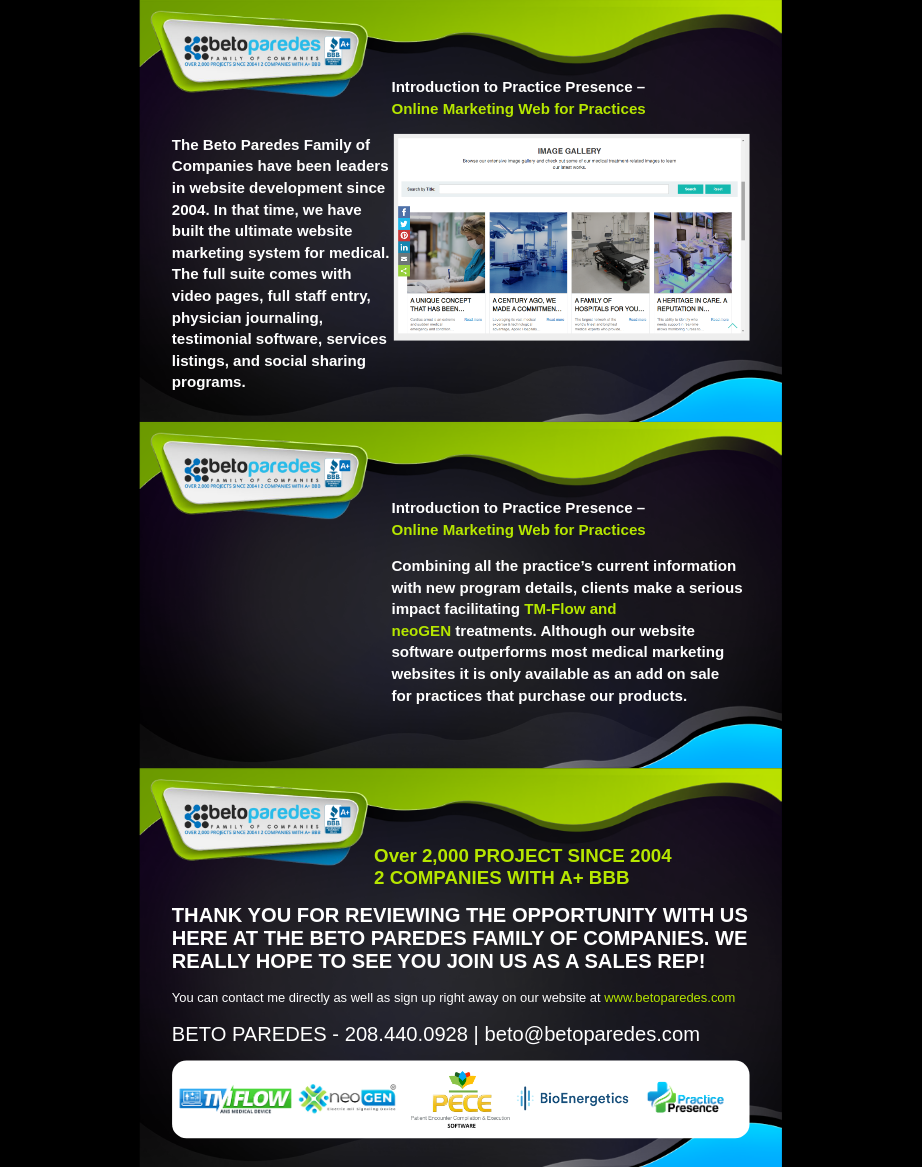
Repository: koushikbiswas/Beto_Paredes_Family_Opportunities_Intro_Deck
Page: slide29.html
The author's editor kept a copy of each file at every save. The page is drawn from the files as they stood at one save, then again after the next save.
The browser window is 1280 px wide. The pictures show the whole page, at 72% of full size.

Above is the page before, as saved 2021-12-21 17:54:05.

### slide29.html
<!DOCTYPE html>
<html lang="en">
<head>
    <meta charset="UTF-8">
    <meta http-equiv="X-UA-Compatible" content="IE=edge">
    <meta name="viewport" content="width=device-width, initial-scale=1.0">
    <title>Document</title>
    <link rel="stylesheet" href="assets/css/slide.css">
</head>
<body>
    <!-- -----------START SLIDE 27 HTML----------- -->
    <div class="pdfhomepagemain slide27">
        <div class="pdfmaincontainer">
            <div class="pdfheaderblock">
                <div class="pdfheaderblockinner">
                    <div class="pdflogowrapper">
                        <img src="assets/images/common/pdflogo.png" alt="logo">
                    </div>
                </div>
            </div>
            <div class="pdfmaincontent">
                <div class="pdfmaincontentinner">
                    <p>Introduction to Practice Presence – <br><span>Online Marketing Web for Practices</span></p>
                    <div class="pdfmaincontentinnerbottom">
                        <div class="pdfmaincontentinnerbottominner">
                            <p>The Beto Paredes Family of Companies have been leaders in website development since 2004. In that time, we have built the ultimate website marketing system for medical. The full suite comes with video pages, full staff entry, physician journaling, testimonial software, services listings, and social sharing programs.</p>
                        </div>
                        <div class="pdfmainimgwrapper">
                            <img src="assets/images/slide27-screenimg.png" alt="slide27 screenimg">
                        </div>
                    </div>
                </div>
            </div>
            <div class="pdffooterblock">
            </div>
        </div>
    </div> <!-------------END SLIDE 27 HTML------------->

    <!-- -----------START SLIDE 28 HTML----------- -->
    <div class="pdfhomepagemain slide28">
        <div class="pdfmaincontainer">
            <div class="pdfheaderblock">
                <div class="pdfheaderblockinner">
                    <div class="pdflogowrapper">
                        <img src="assets/images/common/pdflogo.png" alt="logo">
                    </div>
                </div>
            </div>
            <div class="pdfmaincontent">
                <div class="pdfmaincontentinner">
                    <p>Introduction to Practice Presence – <br><span>Online Marketing Web for Practices</span></p>
                    <p class="parabottom">Combining all the practice’s current information <br>with new program details, clients make a serious <br>impact facilitating <span>TM-Flow and <br>neoGEN</span> treatments. Although our website <br>software outperforms most medical marketing <br>websites it is only available as an add on sale <br>for practices that purchase our products.</p>
                </div>
            </div>
            <div class="pdffooterblock">
            </div>
        </div>
    </div> <!-------------END SLIDE 28 HTML------------->
    <!-- -----------START SLIDE 29 HTML----------- -->
    <div class="pdfhomepagemain slide29">
        <div class="pdfmaincontainer">
            <div class="pdfheaderblock">
                <div class="pdfheaderblockinner">
                    <div class="pdflogowrapper">
                        <img src="assets/images/common/pdflogo.png" alt="logo">
                    </div>
                </div>
            </div>
            <div class="pdfmaincontent">
                <div class="pdfmaincontentinner">
                    <h2><span>Over</span> 2,000 PROJECT SINCE 2004 <br>2 COMPANIES WITH A+ BBB</h2>
                    <h1>THANK YOU FOR REVIEWING THE OPPORTUNITY WITH US HERE AT THE BETO PAREDES FAMILY OF COMPANIES. WE REALLY HOPE TO SEE YOU JOIN US AS A SALES REP!</h1>
                    <p>You can contact me directly as well as sign up right away on our website at <a href="https://www.betoparedes.com/" target="_blank">www.betoparedes.com</a></p>
                    <h4>BETO PAREDES - <a href="tel:208.440.0928" target="_top">208.440.0928</a>  |  <a href="mailto:beto@betoparedes.com" target="_top">beto@betoparedes.com</a></h4>
                    <div class="logolists">
                        <div class="logoimg">
                            <img src="assets/images/slide29-tmflowlogo.png" alt="tmflowlogo">
                        </div>
                        <div class="logoimg">
                            <img src="assets/images/slide29-neogenlogo.jpg" alt="neogenlogo">
                        </div>
                        <div class="logoimg">
                            <img src="assets/images/slide29-pecelogo.png" alt="pecelogo">
                        </div>
                        <div class="logoimg">
                            <img src="assets/images/slide29-biologo.jpg" alt="biologo">
                        </div>
                        <div class="logoimg">
                            <img src="assets/images/slide29-practiceogo.png" alt="practiceogo">
                        </div>
                    </div>
                </div>
            </div>
            <div class="pdffooterblock">
            </div>
        </div>
    </div>    <!-- -----------END SLIDE 29 HTML----------- -->

</body>
</html>

### assets/css/slide.css

a{color:var(--links);text-decoration:none;background-color:transparent;-webkit-text-decoration-skip:objects}
.clear{clear:both;overflow:hidden}
.pdfhomepagemain img{border:0 !important;outline:0 !important}
.pdfhomepagemain a img{outline:none}
a{outline:none;cursor:pointer}
a:active,a:focus{outline:none}
:active,:focus{outline:none;-moz-outline-style:none}
:link:focus,:visited:focus{outline:none}
html{overflow-y:scroll;overflow-x:hidden;}
html,body{height:100%;width:100%;position:relative;font-family: 'Arial', sans-serif;}
button{cursor: pointer;word-wrap:break-word!important;white-space:unset!important;overflow-wrap:break-word;word-wrap:break-word;word-break:break-word;line-height:normal!important}
body{background-color: #000;margin: 0;}

.pdfhomepagemain{margin: 0;padding: 0;}
.pdfmaincontainer{margin: 0 auto;padding: 0;display: block;width:892px;background-image: url(../images/common/pdfbgoverlay.png);background-repeat: no-repeat;background-position:center center;-webkit-background-size: cover;-moz-background-size: cover;-o-background-size: cover;background-size: cover;display:block;position: relative;padding-bottom: 40px;}
.pdfheaderblock{margin: 0 auto;padding: 0;display: block;width:100%;background-image: url(../images/common/pdfheaderbg.png);background-repeat: no-repeat;background-position:left top;-webkit-background-size: 100% auto;-moz-background-size: 100% auto;-o-background-size: 100% auto;background-size: 100% auto;display:block;min-height: 106px;}
.pdfheaderblockinner{padding:15px}
.pdffooterblock{margin: 0 auto;padding: 0;display: block;width:100%;background-image: url(../images/common/pdffooterrbg.png);background-repeat: no-repeat;background-position:left top;-webkit-background-size: 100% auto;-moz-background-size: 100% auto;-o-background-size: 100% auto;background-size: 100% auto;display:block;min-height: 87px;position: absolute;bottom: 0;}
.pdfmaincontent{position: relative;z-index: 9;}
.pdfmaincontentinner{width: 90%;margin: 0 auto;padding: 0;display: block;}

.pdfheaderblock .pdflogowrapper{width: 302px;display: block;}
.pdfheaderblock .pdflogowrapper img{width:100%}
.pdfmaincontent h2{margin: 0;padding: 0;color:#b6e600;text-transform: uppercase;}
.pdfmaincontent h2 span{text-transform: capitalize;}
.pdfmaincontent h1{margin: 0;padding: 0;color:#fff;text-transform: uppercase;}
.pdfmaincontent p{margin: 0;padding: 0;color:#fff;line-height: 30px;}
.pdfmaincontent h4{margin: 0;padding: 0;color:#fff;}


/*-----------START SLIDE 27 CSS-----------*/
.slide27 .pdfmaincontent p{padding-left: 38%;margin-top: -6%;font-size: 21px;font-weight: 600;line-height: 30px;}
.slide27 .pdfmaincontent p span{color:#b6e600;}
.slide27 .pdfmaincontent .pdfmaincontentinnerbottom{margin-top: 20px;display: flex;align-items: flex-start;justify-content: space-between;}
.pdfmaincontentinnerbottominner{width: 44%;}
.pdfmaincontentinnerbottominner p{padding-left: 0 !important;margin-top: 0 !important;font-size: 18px;}
.pdfmaincontentinnerbottom .pdfmainimgwrapper{background-color: #eeeeeeff;padding: 6px;width: 69%;}
.pdfmaincontentinnerbottom .pdfmainimgwrapper img{width:100%}
/*-----------END SLIDE 27 CSS-----------*/

/*-----------START SLIDE 28 CSS-----------*/
.slide28 .pdfmaincontent p{padding-left: 38%;margin-top: -6%;font-size: 21px;font-weight: 600;line-height: 30px;}
.slide28 .pdfmaincontent p span{color:#b6e600;}
.slide28 .pdfmaincontent p.parabottom{margin-top: 20px;margin-bottom: 46px;}
/*-----------END SLIDE 28 CSS-----------*/

/*-----------START SLIDE 29 CSS-----------*/
.slide29 .pdfmaincontent h2{padding-left: 35%;margin-top: -6%;font-size: 26px;}
.slide29 .pdfmaincontent h1{font-size: 28px;margin-top: 20px;margin-bottom:20px}
.slide29 .pdfmaincontent p{font-size: 18px;}
.slide29 .pdfmaincontent p a{color:#b6e600;}
.slide29 .pdfmaincontent h4{font-size: 28px;margin-top: 20px;margin-bottom:20px;font-weight: 500;}
.slide29 .logolists{background-color: #fff;padding: 0px 10px;border-radius: 20px;display: flex;align-items: center;justify-content: space-around;}
.slide29 .logolists .logoimg{flex:1}
.slide29 .logolists .logoimg img{width:100%}
/*-----------END SLIDE 29 CSS-----------*/

After the next save:
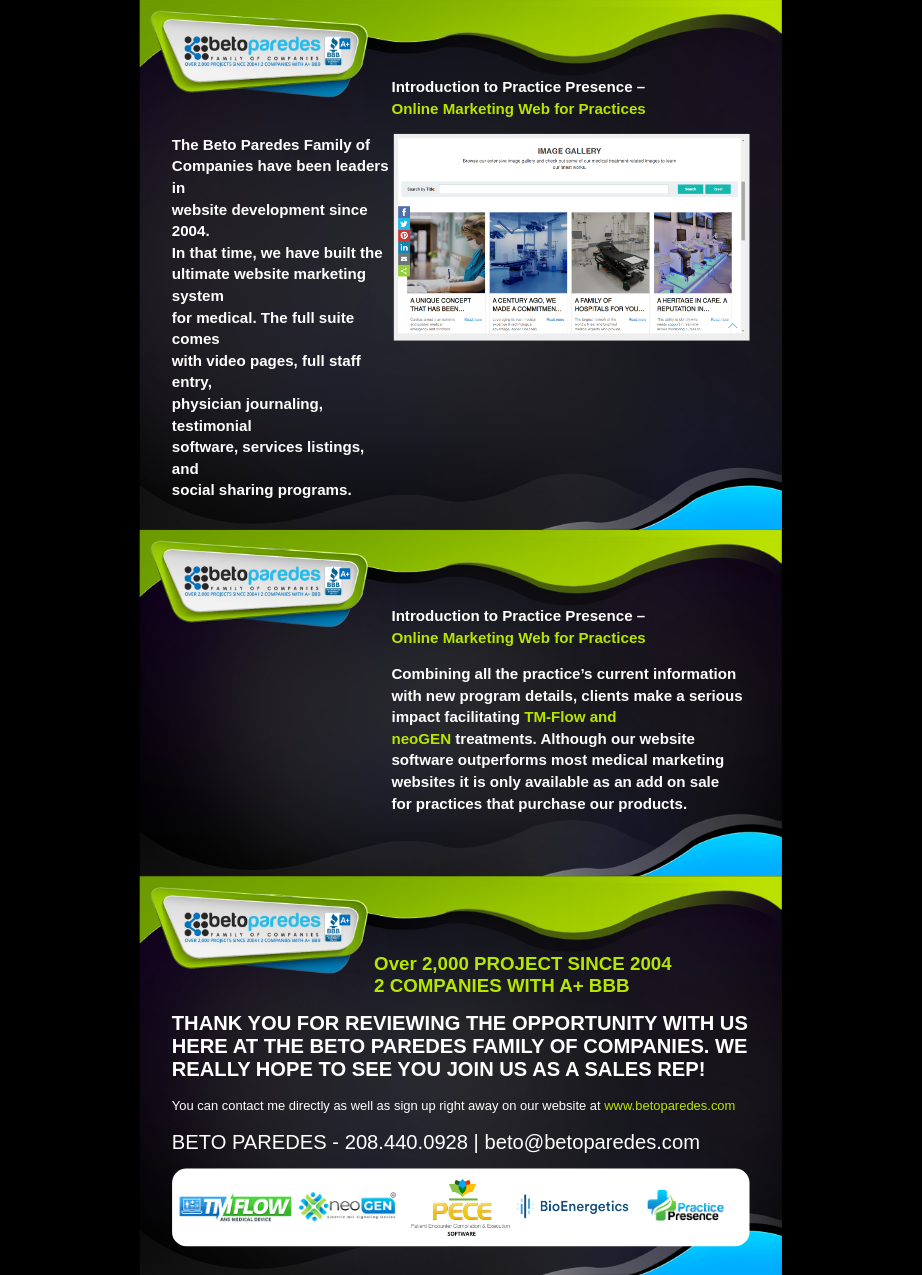
Saved 55 s later.
--- a/slide29.html
+++ b/slide29.html
@@ -23,7 +23,7 @@
                     <p>Introduction to Practice Presence – <br><span>Online Marketing Web for Practices</span></p>
                     <div class="pdfmaincontentinnerbottom">
                         <div class="pdfmaincontentinnerbottominner">
-                            <p>The Beto Paredes Family of Companies have been leaders in website development since 2004. In that time, we have built the ultimate website marketing system for medical. The full suite comes with video pages, full staff entry, physician journaling, testimonial software, services listings, and social sharing programs.</p>
+                            <p>The Beto Paredes Family of <br>Companies have been leaders in <br>website development since 2004. <br>In that time, we have built the <br>ultimate website marketing system <br>for medical. The full suite comes <br>with video pages, full staff entry, <br>physician journaling, testimonial <br>software, services listings, and <br>social sharing programs.</p>
                         </div>
                         <div class="pdfmainimgwrapper">
                             <img src="assets/images/slide27-screenimg.png" alt="slide27 screenimg">
